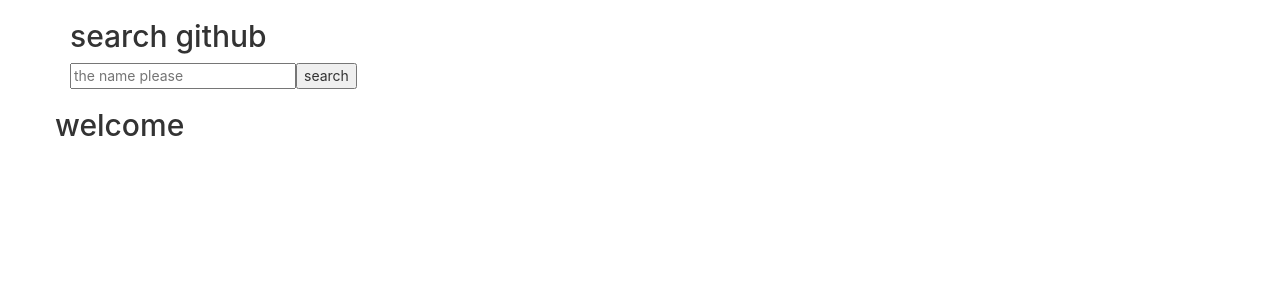
Repository: Shanshan67/React_a
Page: /
The author's editor kept a copy of each file at every save. The page is drawn from the files as they stood at one save, then again after a run of saves.
The browser window is 1280 px wide. The pictures show the whole page.
The project was rebuilt for these pictures with package versions that can differ from the ones it lists, and the page was loaded fresh each time.

Above is the page before, as saved 2022-12-10 01:59:27.

After the next 2 saves:
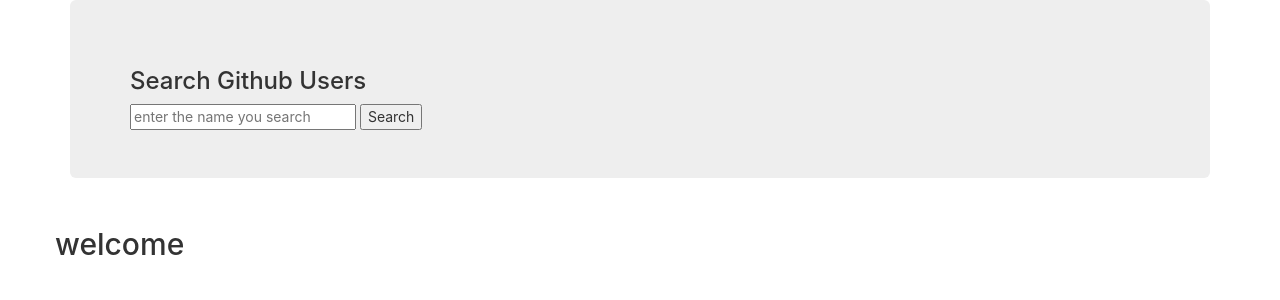
The 2 saves are shown as one change because 1 did not build or start.
The last was saved 111 s later.
--- a/src/components/Search/index.jsx
+++ b/src/components/Search/index.jsx
@@ -14,13 +14,14 @@
   }
   render() {
     return (
-      <div>
-        <h2>search github</h2>
+
+      <section className="jumbotron">
+        <h3 className="jumbotron-heading">Search Github Users</h3>
         <div>
-          <input ref={c=>this.keyWord=c} type="text" placeholder='the name please' />
-          <button onClick={this.search}>search</button>
+          <input ref={c=>this.keyWord=c} type="text" placeholder="enter the name you search"/>&nbsp;
+          <button onClick={this.handlesearch}>Search</button>
         </div>
-      </div>
+      </section>
     )
   }
 }

After the 2 saves that followed:
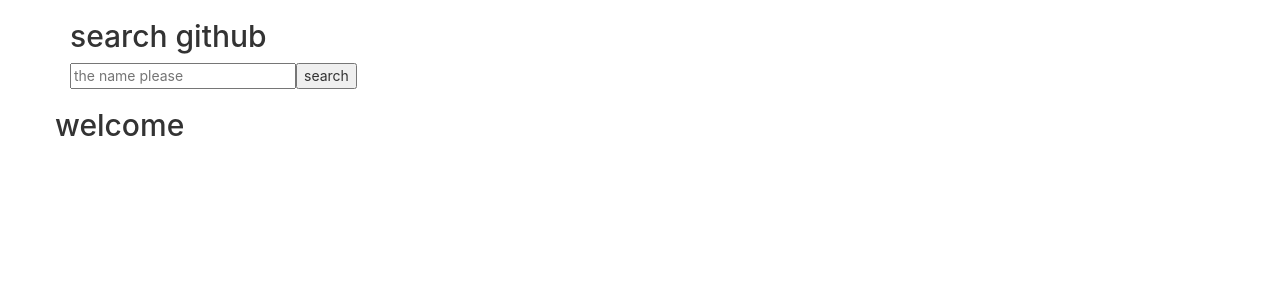
The 2 saves are shown as one change because 1 left the picture as it was.
The last was saved 42 s later.
--- a/src/components/Search/index.jsx
+++ b/src/components/Search/index.jsx
@@ -14,14 +14,13 @@
   }
   render() {
     return (
-
-      <section className="jumbotron">
-        <h3 className="jumbotron-heading">Search Github Users</h3>
+      <div>
+        <h2>search github</h2>
         <div>
-          <input ref={c=>this.keyWord=c} type="text" placeholder="enter the name you search"/>&nbsp;
-          <button onClick={this.handlesearch}>Search</button>
+          <input ref={c=>this.keyWord=c} type="text" placeholder='the name please' />
+          <button onClick={this.search}>search</button>
         </div>
-      </section>
+      </div>
     )
   }
 }
